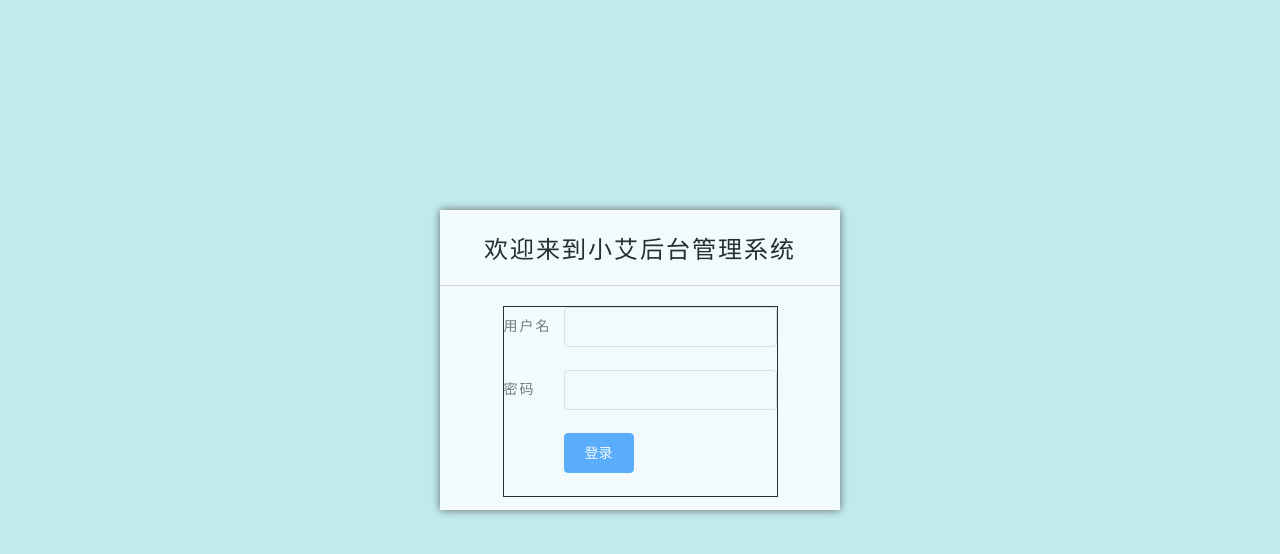
Repository: noob-injoker/router-slots-cw-ee
Page: /Login
The author's editor kept a copy of each file at every save. The page is drawn from the files as they stood at one save, then again after the next save.
The browser window is 1280 px wide. The pictures show the whole page.
The project was rebuilt for these pictures with package versions that can differ from the ones it lists, and the page was loaded fresh each time. Also part of the build but not shown: vue.config.js, src/views/Home.vue, src/views/Layout.vue.

Above is the page before, as saved 2020-08-29 21:06:10.

After the next save:
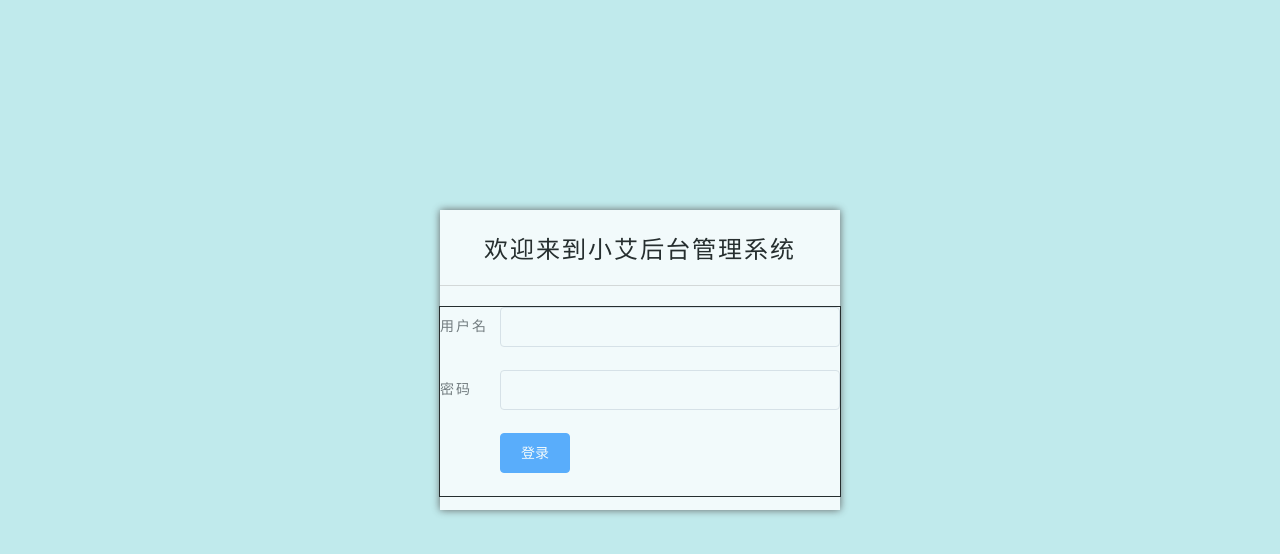
Saved 3 min 30 s later.
--- a/src/views/Login.vue
+++ b/src/views/Login.vue
@@ -5,7 +5,7 @@
     <div class="title ">欢迎来到小艾后台管理系统</div>
     <div class="line"></div>
 
-    <div class="b1">
+    <div class="b1 form-box">
       <el-form :model="ruleForm" :rules="rules" ref="ruleForm" label-width="60px" class="demo-ruleForm">
 
         <div class="username">
@@ -107,6 +107,9 @@ export default {
 </script>
 
 <style lang="scss" scoped>
+.form-box{
+  width: 400px;
+}
 .line {
   text-align: left !important;
 }
